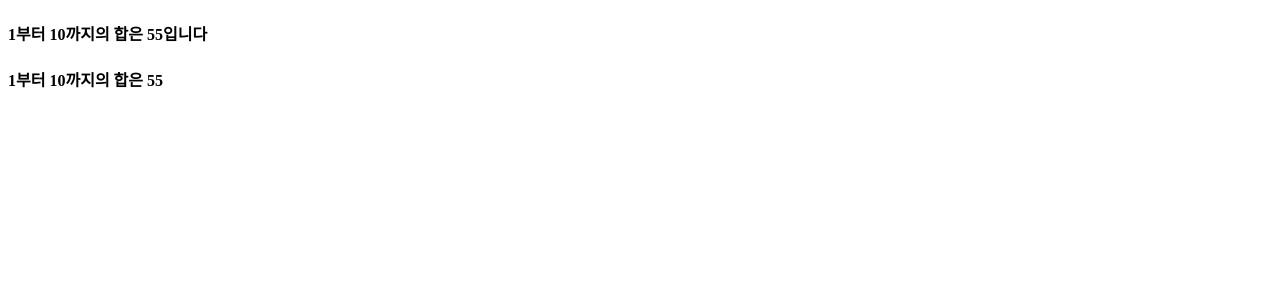
Repository: steeveelee2/WEB_Study
Page: http://localhost/jspProject/views/01_sum.jsp
An editor plug-in stored every save of this project. The page is shown before and after the next save, followed by the edit.
The browser window is 1280 px wide. The pictures show the whole page.
The page is served by Tomcat 9.

Above is the page before, as saved 2018-10-15 01:17:00.

After the next save:
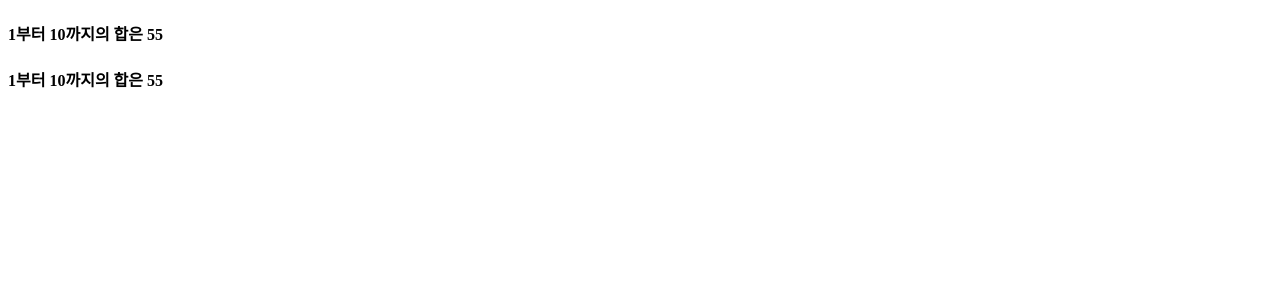
Saved 12 s later.
--- a/webWorkspace/jspProject/web/views/01_sum.jsp
+++ b/webWorkspace/jspProject/web/views/01_sum.jsp
@@ -30,7 +30,7 @@
 
 	<%-- Expression tag : 포현 태그 --%>
 	<%-- 자바로 생성된 코드의 값을 출력하는 태그 (out.println();) 표현 태그는 내부에서 out.println(); 으로 변하기 때문에 만약 ;을 붙이게 되면 out.println(value;)의 형태가 되어 에러가 발생한다--%>
-	<h4>1부터 10까지의 합은 <%=total%>입니다</h4>
+	<h4>1부터 10까지의 합은 <%=total%></h4>
 	<h4>1부터 10까지의 합은 <%out.println(total);%></h4>
 </body>
 </html>
